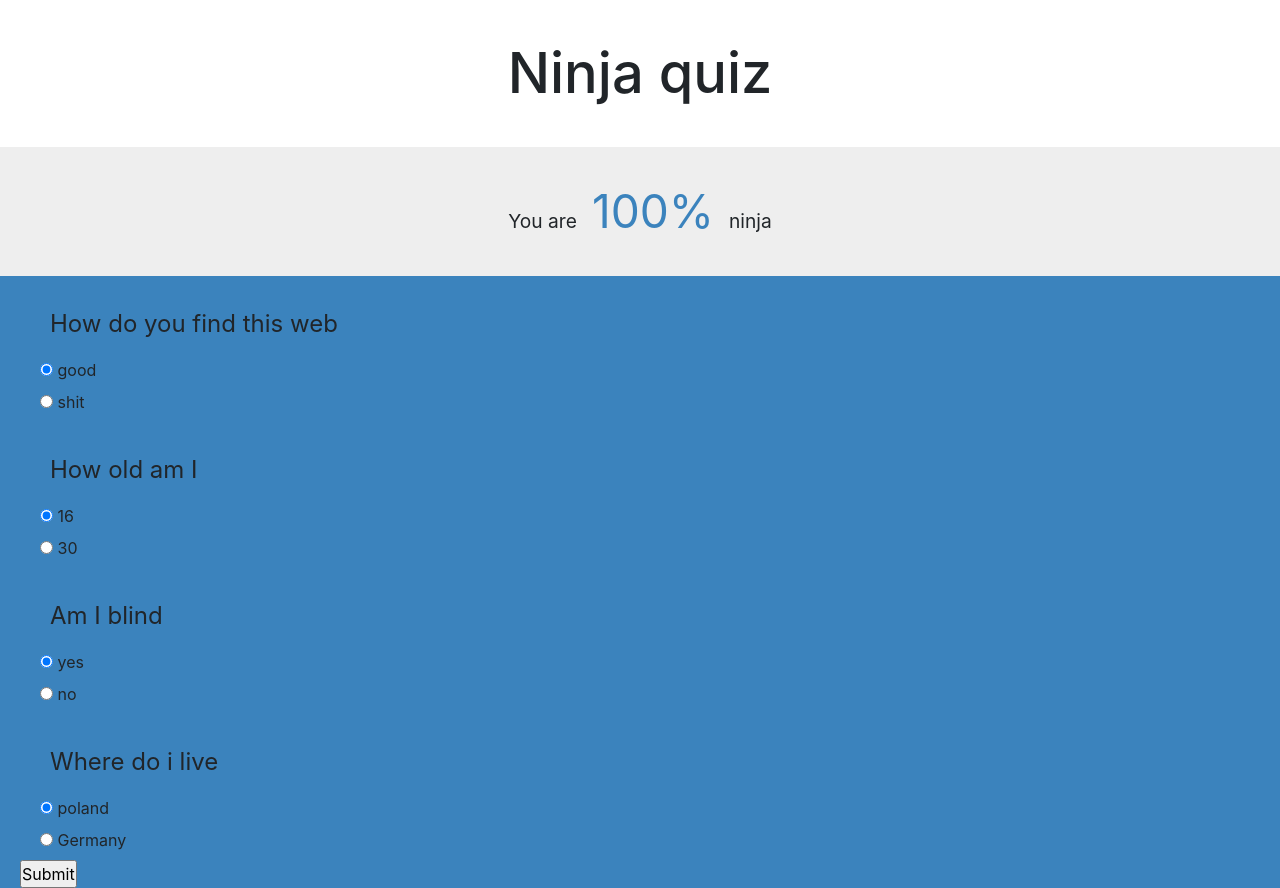
Repository: ajgors/config
Page: Nauka Js/Projekty/Quiz/index.html
The author's editor kept a copy of each file at every save. The page is drawn from the files as they stood at one save, then again after a run of saves.
The browser window is 1280 px wide. The pictures show the whole page.

Above is the page before, as saved 2019-08-11 18:42:27.
Console error: TypeError: Cannot read properties of null (reading 'addEventListener')

After the next 5 saves:
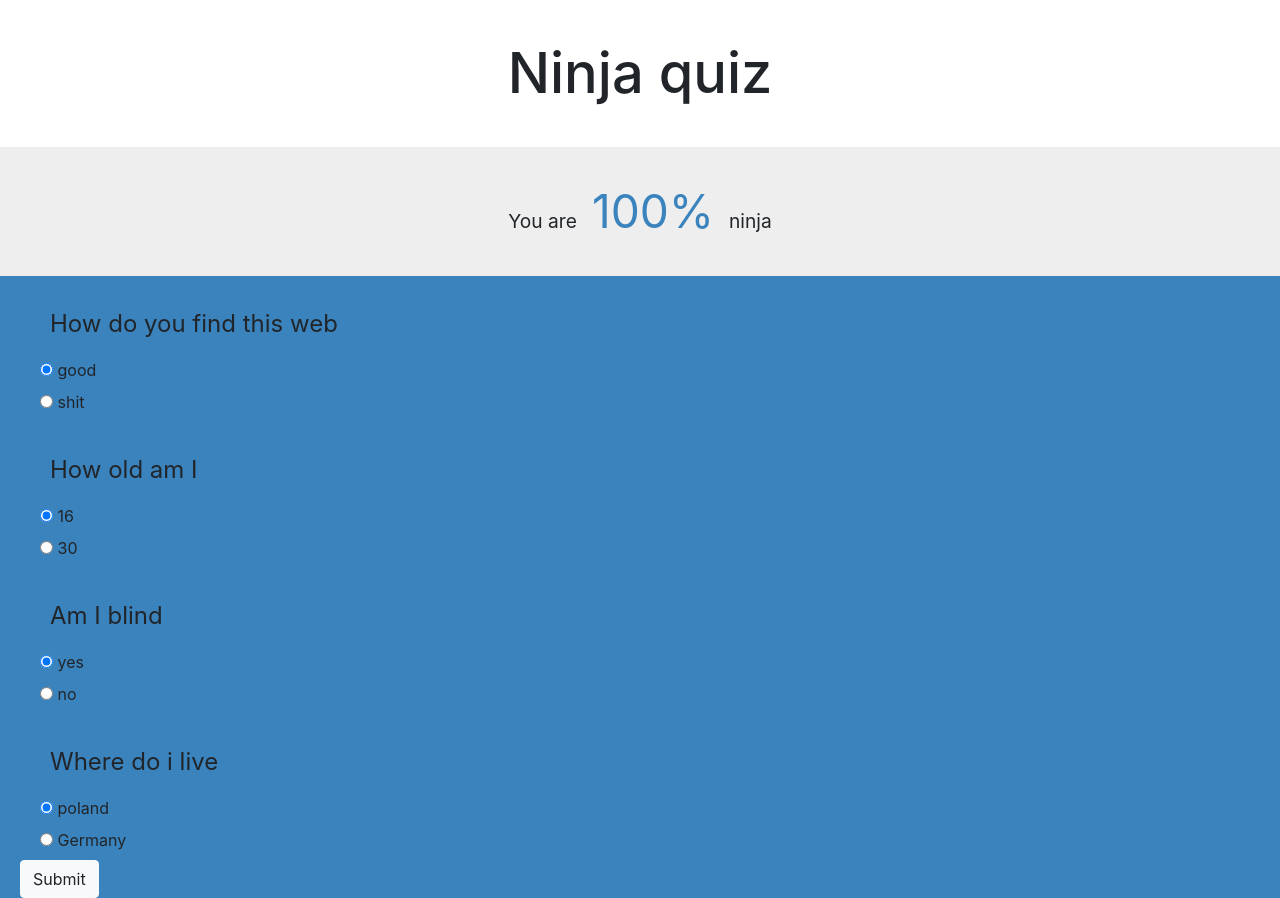
The 5 saves are shown as one change because they came seconds apart.
The last was saved 118 s later.
--- a/Nauka Js/Projekty/Quiz/index.html
+++ b/Nauka Js/Projekty/Quiz/index.html
@@ -135,7 +135,7 @@
                     <label for=""> Germany </label>
                 </div>
             </div>
-            <input type="submit">
+            <input type="submit" class="btn btn-light">
         </form>
     </div>
 
